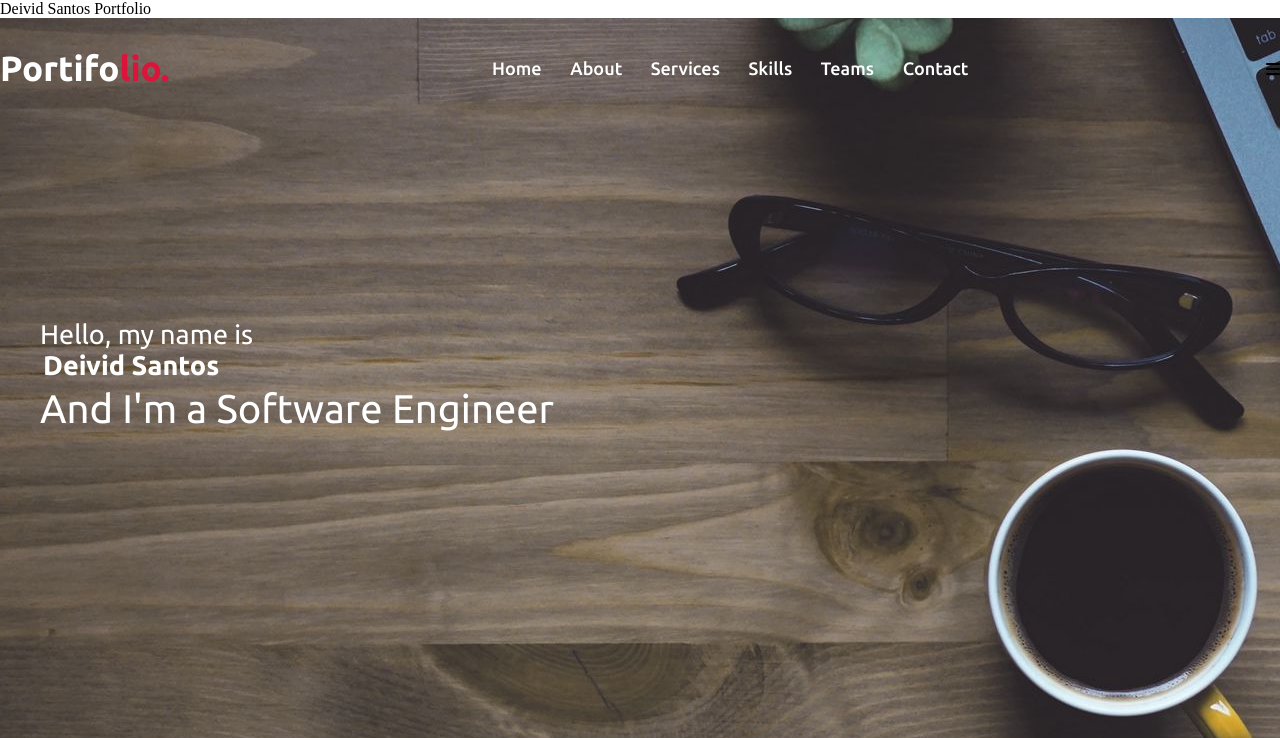
Repository: deividwsantoss/portfolio
Page: index.html
The author's editor kept a copy of each file at every save. The page is drawn from the files as they stood at one save, then again after the next save.
The browser window is 1280 px wide. The pictures show the whole page.
Some web libraries are served in a nearby version.

Above is the page before, as saved 2021-03-01 20:28:16.

### index.html
<!DOCTYPE html>
<html lang="en">
    <head>
        <meta charset="UTF-8">
        <meta name="viewport" content="width=device-width, initial-scale=1.0">
        <tile>Deivid Santos Portfolio</tile>
        <link rel="stylesheet" href="/Content/style.css">
        <script src="https://kit.fontawesome.com/a076d05399.js"></script>
    </head>
<body>
    <nav class="navbar">
        <div class="max-width">
            <div class="logo"><a href="#">Portifo<span>lio.</span></a></div>
            <ul class="menu">
                <li><a href="#home" class="menu-btn">Home</a></li>
                <li><a href="#about" class="menu-btn">About</a></li>
                <li><a href="#services" class="menu-btn">Services</a></li>
                <li><a href="#skills" class="menu-btn">Skills</a></li>
                <li><a href="#teams" class="menu-btn">Teams</a></li>
                <li><a href="#contact" class="menu-btn">Contact</a></li>
            </ul>
            <div class="menu-btn">
                <i class="fas fa-bars"></i>
            </div>
        </div>
    </nav>

    <!-- Home Section Start -->
    <section class="home" id="home">
        <div class="max-width">
            <div class="home-content">
                <div class="text-1">Hello, my name is </div>
                <div class="text-2">Deivid Santos</div>
                <div class="text-3">And I'm a <span>Software Engineer</span></div>
            </div>
        </div>
    </section>

</body>
</html>

### Content/style.css
@import url('https://fonts.googleapis.com/css2?family=Poppins:wght@400;500;600;700&family=Ubuntu:wght@400;500;700&display=swap');

*{
    margin: 0;
    padding: 0;
    box-sizing: border-box;
    text-decoration: none;
}
/* Navbar styling */
.navbar{
    position: fixed;
    width: 100%;
    z-index: 999;
    padding: 30px 0;
    font-family: 'Ubuntu', sans-serif;
    transition: all 0.3s ease;
}
.navbar.sticky{
    padding: 15px 0;
    background: crimson;
}
.navbar .max-width{
    display: flex;
    align-items: center;
    justify-content: space-between;
}
.navbar .logo a{
    color: #fff;
    font-size: 35px;
    font-weight: 600;
}
.navbar .logo a span{
    color: crimson;
    transition: all 0.3s ease;
}
.navbar.sticky .logo a span{
    color: #fff;
}
.navbar .menu li{
    list-style: none;
    display: inline-block;
}
.navbar .menu li a{
    display: block;
    color: #fff;
    font-size: 18px;
    font-weight: 500;
    margin-left: 25px;
    transition: color 0.3s ease;
}
.navbar .menu li a:hover{
    color: crimson;
}
.navbar.sticky .menu li a:hover{
    color: #fff;
}
/* Home Section Styling */

.home{
    display: flex;
    background: url("/images/banner.jpg") no-repeat center;
    height: 100vh;
    color: #fff;
    min-height: 500px;
    font-family: 'Ubuntu', sans-serif;
}
.home .max-width{
    margin: auto 0 auto 40px;
}
.home .home-content .text-1{

    font-size: 27px;
}
.home .home-content .text-2{

    font-size:  27px;
    font-weight: 600;
    margin-left: 3px;
}
.home .home-content .text-3{

    font-size:  40px;
    margin: 5px 0;
}

After the next save:
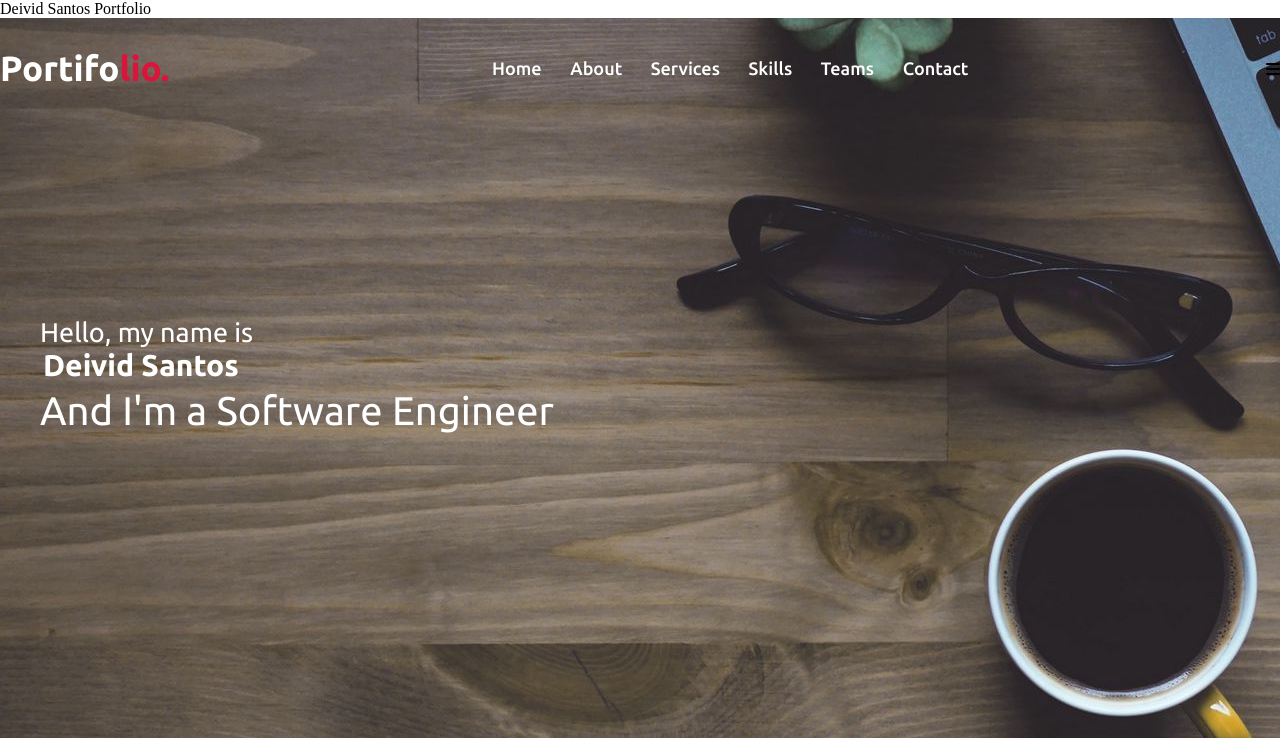
Saved 7 s later.
--- a/Content/style.css
+++ b/Content/style.css
@@ -73,7 +73,7 @@
 }
 .home .home-content .text-2{
 
-    font-size:  27px;
+    font-size:  30px;
     font-weight: 600;
     margin-left: 3px;
 }
